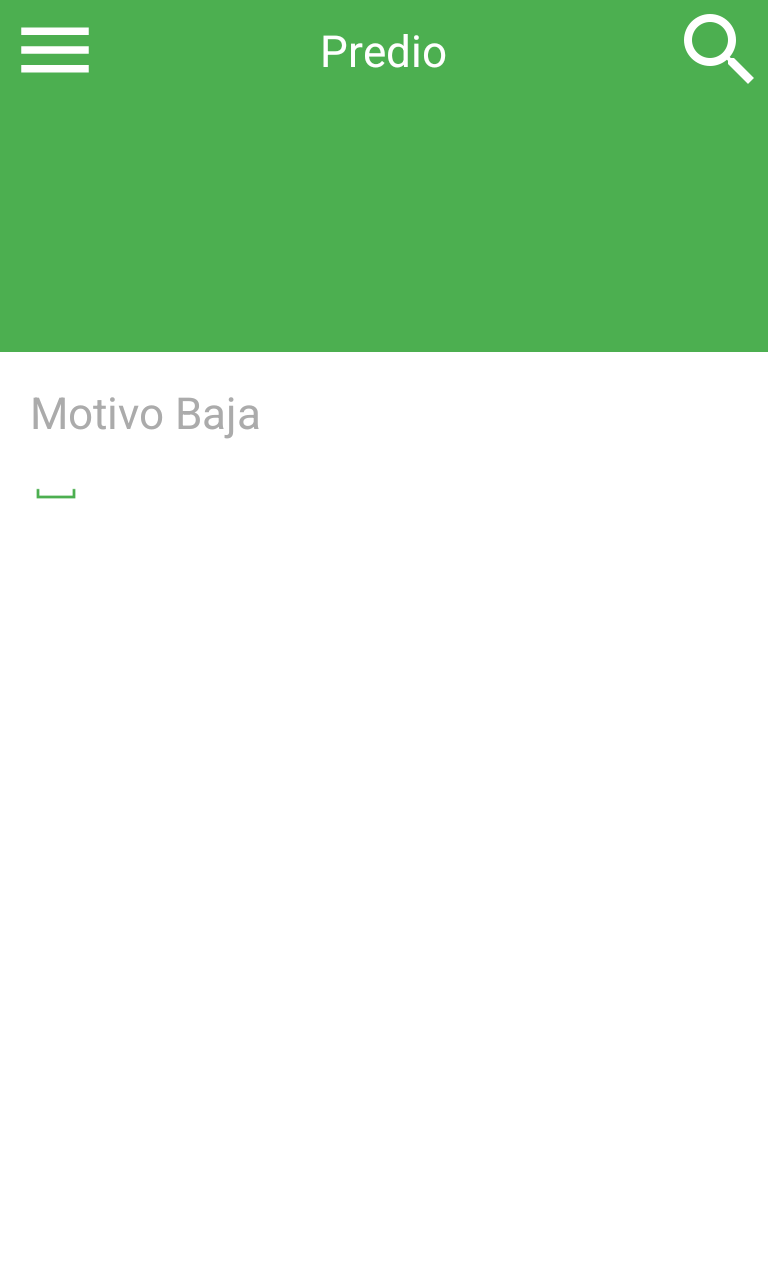
Repository: danielctf/Chilterra
Layout: Proyectos/Animales/res/layout/activity_baja_ganado.xml
These files come from the project's save history. The layout is drawn as it stood at one moment and after the next save; the edit follows.
It is drawn on a 768 x 1280 px phone screen (xhdpi) without system bars, with theme AppTheme; the app's code is not run.

Above is the layout before, as saved 2015-10-09 15:09:19.

After the next save:
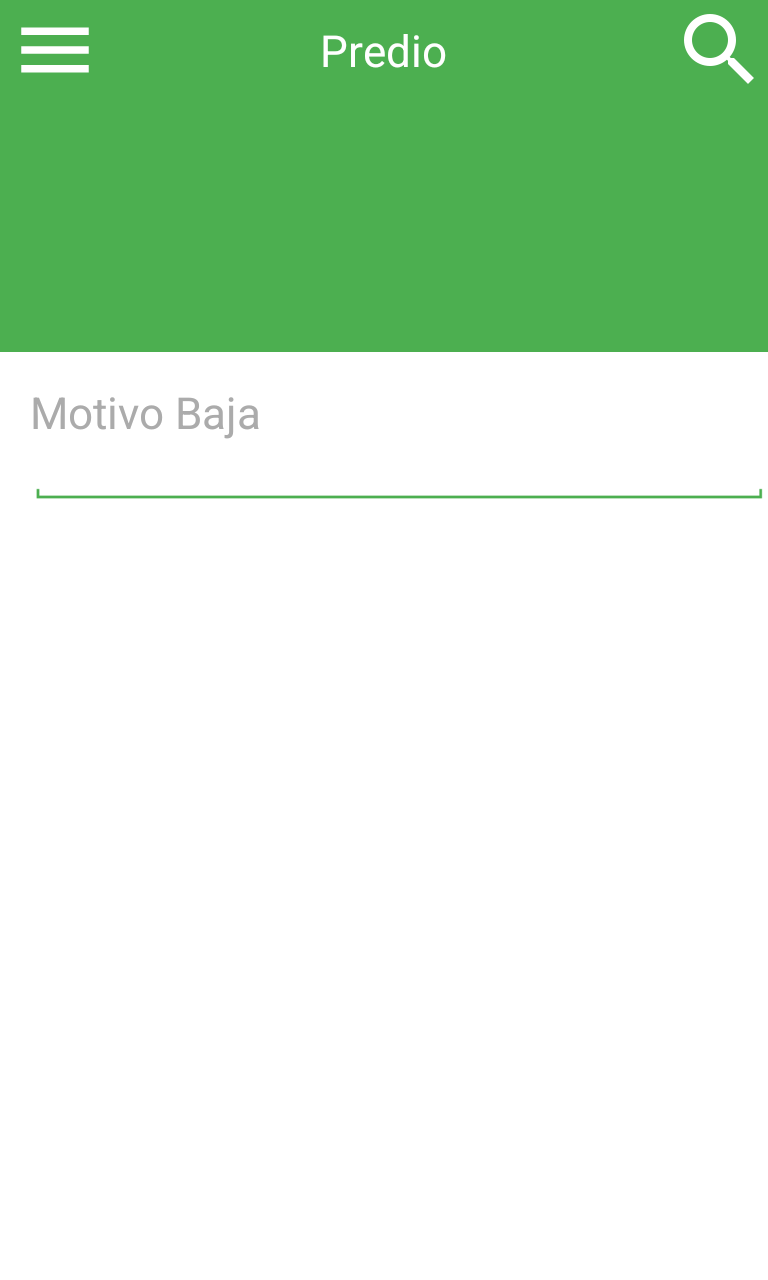
Saved 24 s later.
--- a/Proyectos/Animales/res/layout/activity_baja_ganado.xml
+++ b/Proyectos/Animales/res/layout/activity_baja_ganado.xml
@@ -64,7 +64,7 @@
 
         <TextView
             android:id="@+id/textView1"
-            android:layout_width="match_parent"
+            android:layout_width="wrap_content"
             android:layout_height="wrap_content"
             android:layout_alignParentLeft="true"
             android:layout_alignParentTop="true"
@@ -76,7 +76,7 @@
 
         <Spinner
             android:id="@+id/motivoBaja"
-            android:layout_width="wrap_content"
+            android:layout_width="match_parent"
             android:layout_height="wrap_content"
             android:layout_alignLeft="@+id/textView1"
             android:background="@drawable/spinner_style"
